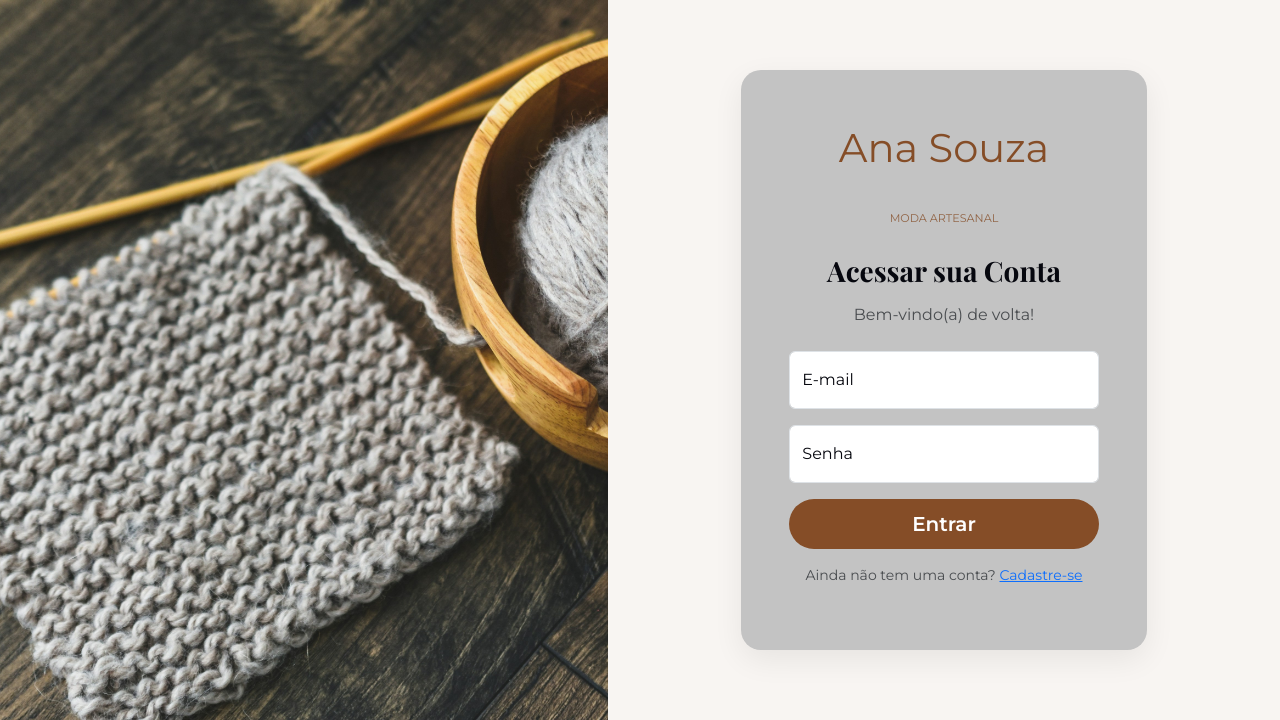
Repository: Lucascsg/projeto-anasouza-frontend
Page: login.html
These files come from the project's save history. The page is drawn as it stood at one moment and after the next save; the edit follows.
The browser window is 1280 px wide. The pictures show the whole page.

Above is the page before, as saved 2025-10-21 22:42:28.

### login.html
<!DOCTYPE html>
<html lang="pt-br">
<head>
    <meta charset="UTF-8">
    <meta name="viewport" content="width=device-width, initial-scale=1.0">
    <title>Login - Ana Souza</title>
    <link href="https://cdn.jsdelivr.net/npm/bootstrap@5.3.2/dist/css/bootstrap.min.css" rel="stylesheet">
    <link rel="stylesheet" href="css/style.css">
    <link rel="stylesheet" href="https://cdn.jsdelivr.net/npm/bootstrap-icons@1.11.1/font/bootstrap-icons.css">
    <link rel="preconnect" href="https://fonts.googleapis.com">
    <link rel="preconnect" href="https://fonts.gstatic.com" crossorigin>
    <link href="https://fonts.googleapis.com/css2?family=Montserrat:wght@400;500;600&family=Playfair+Display:wght@700&family=Great+Vibes&display=swap" rel="stylesheet">
    <style>
        /* Estilo para garantir altura total e split screen */
        body, html { height: 100%; }
        .split-container { display: flex; min-height: 100vh; }
        .split-image {
            background: url('imagens/hero-background.jpg') no-repeat center center/cover; /* Use uma imagem bonita da sua marca */
            flex: 1;
        }
        .split-form {
            flex: 1;
            display: flex;
            align-items: center;
            justify-content: center;
            padding: 2rem;
            background-color: var(--cor-fundo-claro); /* Fundo bege claro para a parte do form */
        }
        /* Ajuste para telas menores */
        @media (max-width: 767px) {
            .split-container { flex-direction: column; }
            .split-image { min-height: 250px; flex: none; } /* Imagem fica no topo */
            .split-form { padding: 1.5rem; }
        }
    </style>
</head>
<body>

    <div class="split-container">
        <div class="split-image d-none d-md-block"></div>

        <div class="split-form">
            <div class="col-lg-8 col-md-10 col-sm-12">
                <div class="form-container section-card">
                    <div class="text-center mb-4">
                        <a class="logo-text d-inline-block mb-3 text-decoration-none" href="index.html" style="font-size: 2.5rem; color: var(--cor-base-escura) !important;">
                            <div>Ana Souza</div>
                            <small class="logo-subtitle" style="font-size: 0.7rem; color: var(--cor-base-escura); opacity: 0.8;">MODA ARTESANAL</small>
                        </a>
                        <h1 class="h3 mb-3 fw-bold">Acessar sua Conta</h1>
                        <p class="text-muted">Bem-vindo(a) de volta!</p>
                    </div>
                    <form id="login-form">
                        <div class="form-floating mb-3">
                            <input type="email" class="form-control" id="email" placeholder="nome@exemplo.com" required>
                            <label for="email">E-mail</label>
                        </div>
                        <div class="form-floating mb-3">
                            <input type="password" class="form-control" id="senha" placeholder="Senha" required>
                            <label for="senha">Senha</label>
                        </div>
                        <div class="d-grid mb-3">
                            <button class="btn btn-custom-primary btn-lg" type="submit">Entrar</button>
                        </div>
                        <p class="text-center text-muted small">
                            Ainda não tem uma conta? <a href="cadastro.html">Cadastre-se</a>
                        </p>
                    </form>
                </div>
            </div>
        </div>
    </div>

    <script src="https://cdn.jsdelivr.net/npm/bootstrap@5.3.2/dist/js/bootstrap.bundle.min.js"></script>
</body>
</html>

### css/style.css
/* =================================== */
/* VARIÁVEIS GLOBAIS E ESTILOS BASE    */
/* =================================== */
:root {
    /* Sua paleta de cores (mantive suas últimas alterações) */
    --cor-base-escura: #854D27;
    --cor-acao-vibrante: #854D27;
    --cor-detalhe-quente: #29524A;
    --cor-texto-escuro: #06070E;

    /* Cores Neutras e de Fundo */
    --cor-fundo-claro: #F8F5F2;
    --cor-texto-claro: #FFFFFF;
}

body {
    font-family: 'Montserrat', sans-serif;
    background-color: #B16262;
    color: var(--cor-texto-escuro);
}

/* Estilo para páginas com fundo branco específico */
body.bg-white-page {
    background-color: #FFFFFF;
}

h1, h2, h3, h4, h5, h6 {
    font-family: 'Playfair Display', serif;
    color: var(--cor-detalhe-quente);
}

/* =================================== */
/* ESTILOS DA BARRA DE NAVEGAÇÃO       */
/* =================================== */
.navbar-custom {
    background-color: var(--cor-base-escura);
}
/* ... (O resto dos estilos da navbar e do logo permanecem como você enviou) ... */
.navbar-brand.logo-text {
    display: flex;
    flex-direction: column;
    justify-content: center;
    padding: 0;
    position: relative;
    top: 2px;
}
.navbar-brand div {
    font-family: 'Great Vibes', cursive;
    font-size: 2.2rem;
    color: #FFD972 !important;
    line-height: 1;
    font-weight: normal;
}
.navbar-brand .logo-subtitle {
    font-family: 'Montserrat', sans-serif;
    font-size: 0.6rem;
    text-transform: uppercase;
    letter-spacing: 0.1em;
    display: block;
    opacity: 0.9;
    color: #FFD972;
    margin-top: -5px;
}
/* ... (outros estilos da navbar que você enviou) ... */
.navbar-custom .navbar-brand img {
    height: 40px;
}
.navbar-custom .nav-link {
    color: var(--cor-texto-claro);
    font-weight: 500;
    text-transform: uppercase;
    font-size: 0.9rem;
    padding: 0.5rem 1rem;
    transition: opacity 0.3s;
}
.navbar-custom .nav-link:hover {
    opacity: 0.8;
}
.navbar-icons a {
    color: var(--cor-texto-claro);
    font-size: 1.2rem;
    transition: opacity 0.3s;
}
.navbar-icons a:hover {
    opacity: 0.8;
}


/* =================================== */
/* ESTILOS DA SEÇÃO HERO (IMAGEM)      */
/* =================================== */
#hero {
    position: relative;
    height: 90vh;
    width: 100%;
    display: flex;
    align-items: center;
    justify-content: center;

    /* --- ATUALIZAÇÃO PARA IMAGEM DE FUNDO --- */
    background: url('../imagens/hero-background.jpg') no-repeat center center/cover;
}

#hero::after {
    content: '';
    position: absolute;
    top: 0;
    left: 0;
    width: 100%;
    height: 100%;
    background: rgba(0, 0, 0, 0.6);
    z-index: 1;
}

#hero .hero-content {
    position: relative;
    z-index: 2;
}

#hero .hero-content h1 {
    font-weight: 700;
    color: var(--cor-texto-claro);
}

#hero .hero-content .btn {
    border-radius: 50px;
    padding: 12px 30px;
    font-weight: 600;
}


/* ... (O resto do seu CSS continua exatamente como você enviou) ... */

/* =================================== */
/* ESTILOS GERAIS DAS SEÇÕES           */
/* =================================== */
section h2 {
    color: var(--cor-detalhe-quente);
    margin-bottom: 1rem;
}

/* =================================== */
/* ESTILOS DA SEÇÃO DE PRODUTOS        */
/* =================================== */
.product-card {
    border: none;
    border-radius: 15px;
    box-shadow: 0 4px 15px rgba(0, 0, 0, 0.08);
    transition: all 0.3s ease-in-out;
}
.product-card:hover {
    transform: translateY(-8px);
    box-shadow: 0 8px 25px rgba(0, 0, 0, 0.12);
}
.product-card .card-title {
    color: var(--cor-texto-escuro);
    font-weight: 600;
}
.product-card .btn {
    border-radius: 50px;
    padding: 8px 25px;
    font-weight: 500;
    border-color: var(--cor-base-escura);
    color: var(--cor-base-escura);
}
.product-card .btn:hover {
    background-color: var(--cor-base-escura);
    color: white;
}

/* =================================== */
/* ESTILOS DA SEÇÃO DE BLOG            */
/* =================================== */
.btn-custom-primary {
    background-color: var(--cor-acao-vibrante);
    color: white;
    border: none;
    border-radius: 50px;
    padding: 10px 30px;
    font-weight: 600;
    transition: all 0.3s;
}
.btn-custom-primary:hover {
    background-color: var(--cor-acao-vibrante);
    color: white;
    opacity: 0.9;
    transform: translateY(-2px);
}
#blog img {
    border-radius: 15px;
}

/* =================================== */
/* ESTILOS DO RODAPÉ (FOOTER)          */
/* =================================== */
.footer-custom {
    background-color: var(--cor-base-escura);
}
.footer-custom a {
    text-decoration: none;
    transition: opacity 0.3s;
}
.footer-custom a:hover {
    opacity: 0.8;
}

/* =================================== */
/* ESTILO DE SEÇÃO EM FORMATO DE CARD  */
/* =================================== */

.section-card {
    background-color: #c3c3c3; /* Fundo branco para o card */
    padding: 3rem 2rem;        /* Espaçamento interno generoso */
    border-radius: 20px;       /* As pontas curvadas que você pediu */
    box-shadow: 0 10px 30px rgba(0, 0, 0, 0.07); /* Sombra sutil para "flutuar" */
}

/* =================================== */
/* Estilos da Página de Produto        */
/* =================================== */

.product-price {
    color: var(--cor-detalhe-quente); /* Usando o verde/marrom dos títulos */
    font-weight: 600;
}

/* =================================== */
/* Estilos da Personalização de Cor    */
/* =================================== */

.seletor-cor {
    width: 32px;
    height: 32px;
    border-radius: 50%; /* Deixa o elemento redondo */
    border: 2px solid #eee;
    cursor: pointer;
    margin-right: 10px;
    margin-bottom: 10px;
    transition: transform 0.2s ease-in-out;
    background-size: cover;
    background-position: center;
}

.seletor-cor:hover {
    transform: scale(1.1); /* Efeito de zoom no hover */
}

/* Estilo para o seletor de cor que está ativo/selecionado */
.seletor-cor.active {
    border-color: var(--cor-base-escura); /* Usa a cor da navbar para destacar */
    box-shadow: 0 0 8px rgba(0, 0, 0, 0.3);
}

/* ============================================= */
/* REFINAMENTO DA PÁGINA DE POST (LEIA MAIS)     */
/* ============================================= */

/* 1. Controlando o tamanho da imagem de destaque */
#post-imagem {
    max-height: 450px; /* Define uma altura máxima para a imagem */
    width: 100%;
    object-fit: cover;   /* Garante que a imagem cubra o espaço sem distorcer */
    border-radius: 15px; /* Bordas mais suaves, combinando com o resto do site */
}

/* 2. Ajustando o Título e a Data */
#post-titulo {
    margin-top: 2.5rem; /* Adiciona mais espaço acima do título */
}

#post-data {
    font-size: 0.8rem;
    text-transform: uppercase;
    letter-spacing: 0.05em; /* Espaçamento entre as letras para um look mais "design" */
}

/* 3. Melhorando a legibilidade do texto do artigo */
#post-conteudo p {
    font-size: 1.1rem;      /* Aumenta um pouco o tamanho da fonte para leitura */
    line-height: 1.8;       /* Aumenta o espaçamento entre as linhas, essencial para textos longos */
    color: #343a40;         /* Um cinza mais escuro para melhor contraste e conforto visual */
}

/* Estilo para os cards de resumo na página de agradecimento */
.summary-item-card {
    background-color: #c3c3c3 !important; /* O cinza que você usou nos section-cards */
    border: none;
    color: var(--cor-texto-escuro); /* Garante que o texto dentro seja escuro */
}

/* =================================== */
/* Estilos para Formulários de Login/Cadastro */
/* =================================== */
.form-container {
    padding: 2rem;
}

@media (min-width: 768px) {
    .form-container {
        padding: 3rem;
    }
}

After the next save:
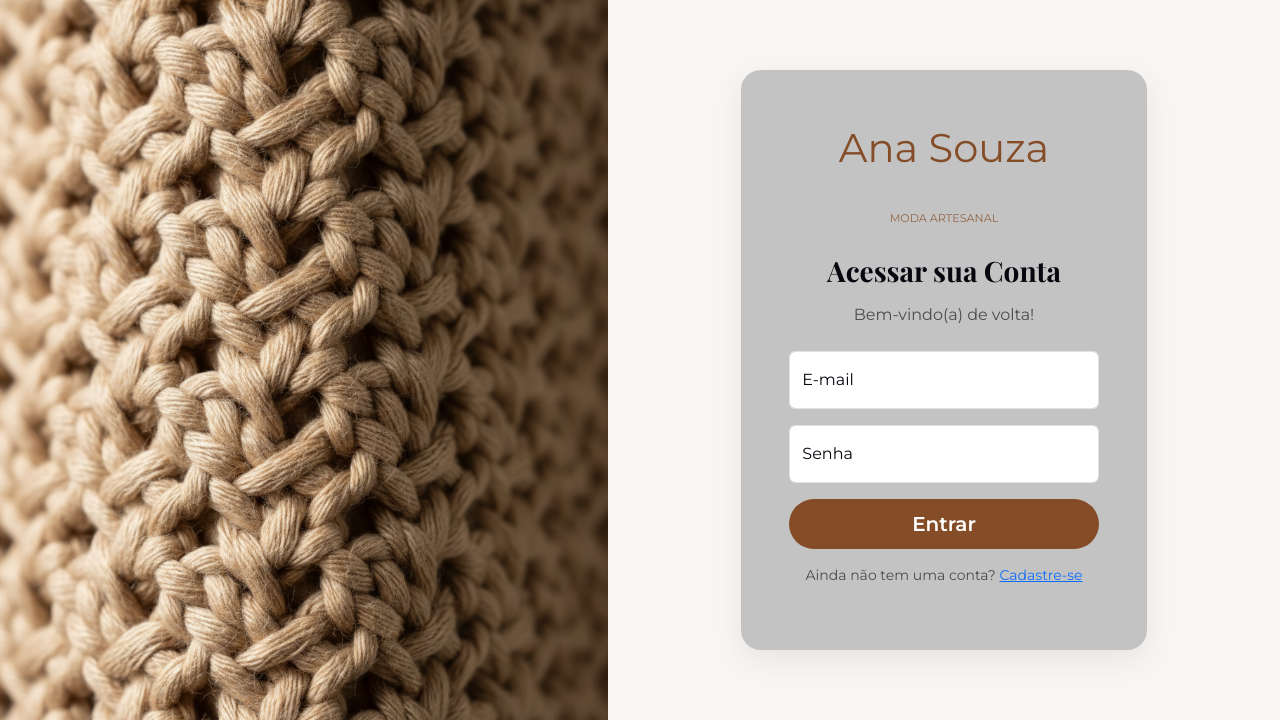
Saved 14 min 15 s later.
--- a/login.html
+++ b/login.html
@@ -15,7 +15,7 @@
         body, html { height: 100%; }
         .split-container { display: flex; min-height: 100vh; }
         .split-image {
-            background: url('imagens/hero-background.jpg') no-repeat center center/cover; /* Use uma imagem bonita da sua marca */
+            background: url('imagens/backlog.png') no-repeat center center/cover; /* Use uma imagem bonita da sua marca */
             flex: 1;
         }
         .split-form {
